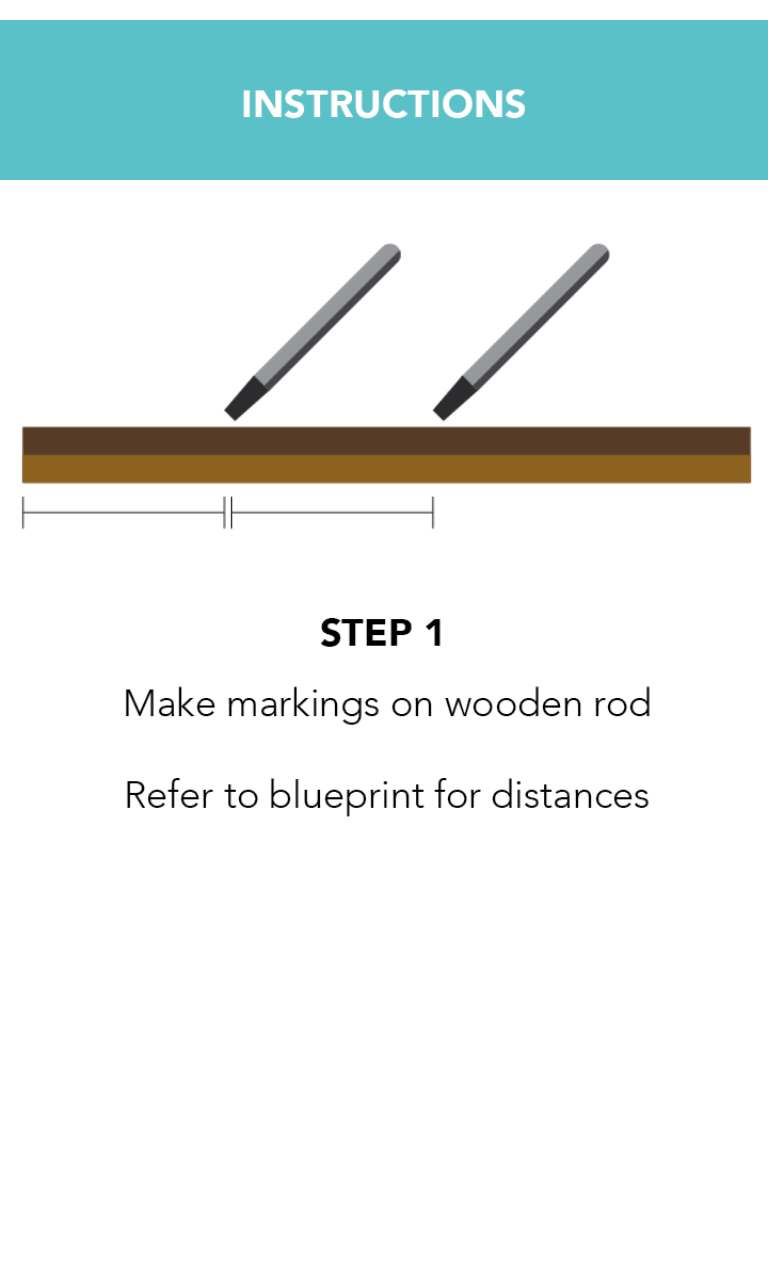
Repository: sbobhate/Android-Applications
Layout: EWBProject/res/layout/fragment_page2.xml
These files come from the project's save history. The layout is drawn as it stood at one moment and after the next save; the edit follows.
It is drawn on a 768 x 1280 px phone screen (xhdpi) without system bars, with theme AppTheme; the app's code is not run.

Above is the layout before, as saved 2014-02-21 13:03:08.

### EWBProject/res/layout/fragment_page2.xml
<?xml version="1.0" encoding="utf-8"?>
<RelativeLayout xmlns:android="http://schemas.android.com/apk/res/android"
    xmlns:tools="http://schemas.android.com/tools"
    android:layout_width="match_parent"
    android:layout_height="match_parent" >

    <ImageView
        android:id="@+id/instructions"
        android:src="@drawable/instructions"
        android:contentDescription="@string/instructions"
        android:layout_width="wrap_content"
        android:layout_height="wrap_content"
        />

    <ImageView
        android:id="@+id/step1"
        android:src="@drawable/step1"
        android:contentDescription="@string/step1"
        android:layout_width="wrap_content"
        android:layout_height="wrap_content"
       	android:layout_below="@+id/instructions"
        />

    <ImageView
        android:id="@+id/step1Tutorial"
        android:src="@drawable/step1tutorial"
        android:contentDescription="@string/step1_tutorial"
        android:layout_width="wrap_content"
        android:layout_height="wrap_content"
       	android:layout_below="@+id/step1"
        />

</RelativeLayout>

### EWBProject/res/values-v14/styles.xml
<resources>

    <!--
        Base application theme for API 14+. This theme completely replaces
        AppBaseTheme from BOTH res/values/styles.xml and
        res/values-v11/styles.xml on API 14+ devices.
    -->
    <style name="AppBaseTheme" parent="@android:style/Theme.Holo.Light.NoActionBar.Fullscreen">
        <!-- API 14 theme customizations can go here. -->
    </style>

</resources>

### EWBProject/res/values/strings.xml
<?xml version="1.0" encoding="utf-8"?>
<resources>

    <string name="app_name">EWB Project</string>
    <string name="action_settings">Settings</string>
    <string name="hello_world">Hello world!</string>
    <string name="home_header">Home Header</string>
    <string name="instructions">Instructions</string>
    <string name="reader">Reader</string>
    <string name="home_footer">Footer</string>
    <string name="title_activity_about_us">About Us</string>
    <string name="title_activity_instructions">Instructions</string>
    <string name="materials">Materials</string>
    <string name="hello_blank_fragment">Hello blank fragment</string>
    <string name="step1">Step 1</string>
    <string name="step2">Step 2</string>
    <string name="step3">Step 3</string>
    <string name="step4">Step 4</string>
    <string name="step1_tutorial">Step 1 Tutorial</string>
    <string name="step2_tutorial">Step 2 Tutorial</string>
    <string name="blueprint">Blueprint</string>

</resources>

Loaded but not shown: EWBProject/res/values/styles.xml (common file); EWBProject/res/values-v11/styles.xml (common file)

After the next save:
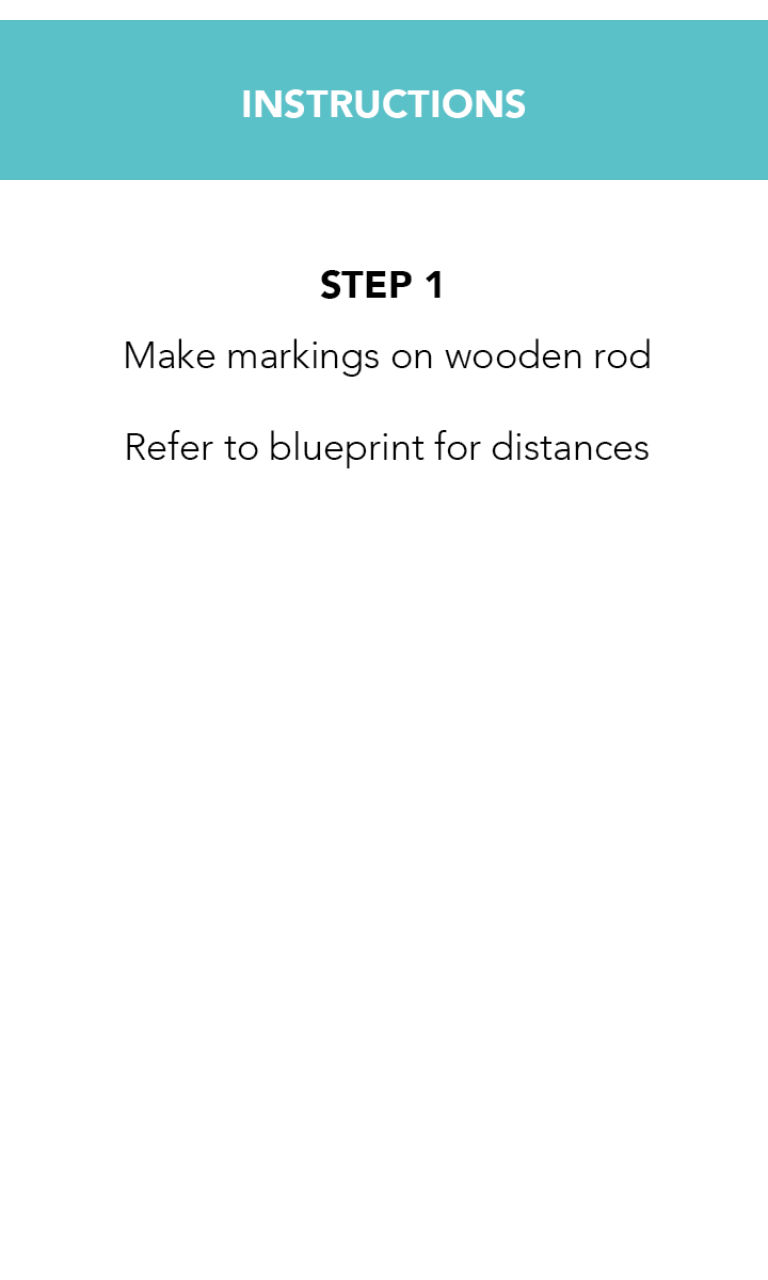
Saved 52 s later.
--- a/EWBProject/res/layout/fragment_page2.xml
+++ b/EWBProject/res/layout/fragment_page2.xml
@@ -13,21 +13,12 @@
         />
 
     <ImageView
-        android:id="@+id/step1"
-        android:src="@drawable/step1"
-        android:contentDescription="@string/step1"
+        android:id="@+id/step1Tutorial"
+        android:src="@drawable/step1tutorial"
+        android:contentDescription="@string/step1_tutorial"
         android:layout_width="wrap_content"
         android:layout_height="wrap_content"
        	android:layout_below="@+id/instructions"
         />
 
-    <ImageView
-        android:id="@+id/step1Tutorial"
-        android:src="@drawable/step1tutorial"
-        android:contentDescription="@string/step1_tutorial"
-        android:layout_width="wrap_content"
-        android:layout_height="wrap_content"
-       	android:layout_below="@+id/step1"
-        />
-
 </RelativeLayout>
